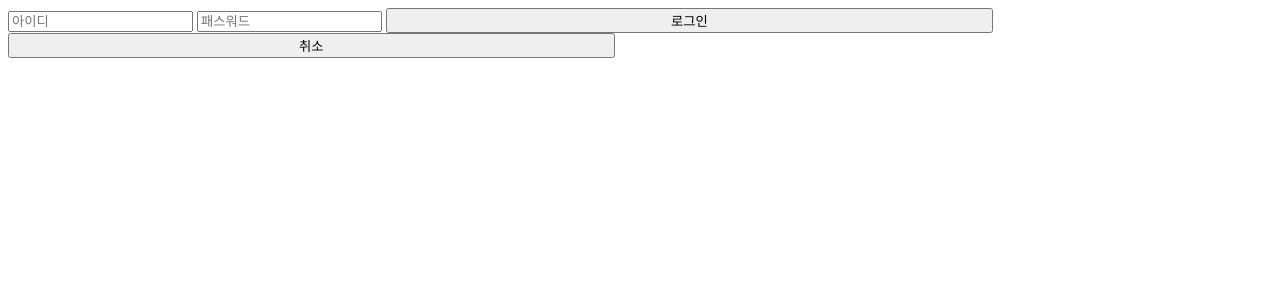
Repository: onpul/TEAM1
Page: http://localhost/Riding/mj/LoginForm.jsp
These files come from the project's save history. The page is drawn as it stood at one moment and after the next save; the edit follows.
The browser window is 1280 px wide. The pictures show the whole page.
The page is served by Tomcat 9.

Above is the page before, as saved 2022-06-04 09:57:54.

After the next save:
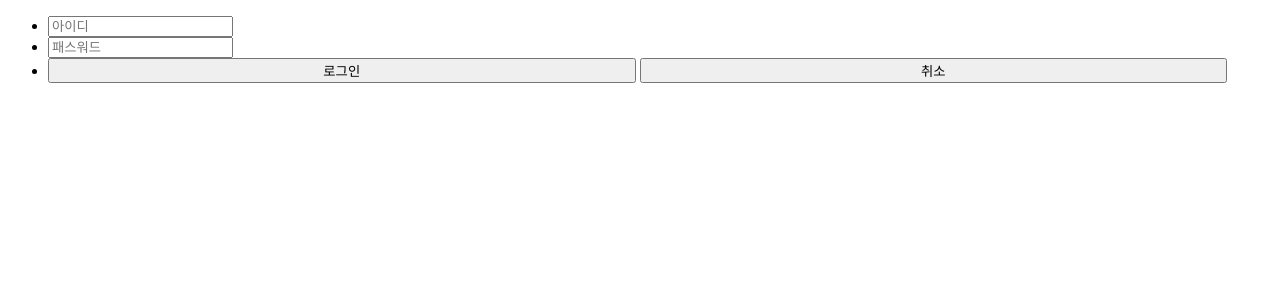
Saved 52 s later.
--- a/Riding/WebContent/mj/LoginForm.jsp
+++ b/Riding/WebContent/mj/LoginForm.jsp
@@ -12,12 +12,23 @@
 <body>
 	<div>
 		<form action="login.action" method="post" id="loginForm">
-						<input type="text" id="id" name="id" placeholder="아이디" required="required"/>
-						<input type="password" id="pw" name="pw" placeholder="패스워드" required="required"/>
-						<input type="button" value="로그인" id="submitBtn" class="btn"
-						style="width: 48%"/>
-						<input type="reset" value="취소" id="resetBtn" class="btn"
-						style="width: 48%"/>
+			<ul>
+				<li>
+					<input type="text" id="id" name="id" placeholder="아이디" required="required"/>
+				</li>
+				<li>
+					<input type="password" id="pw" name="pw" placeholder="패스워드" required="required"/>
+				</li>
+				<li>
+					<input type="button" value="로그인" id="submitBtn" class="btn"
+					style="width: 48%"/>
+					<input type="reset" value="취소" id="resetBtn" class="btn"
+					style="width: 48%"/>
+				</li>
+			</ul>
+
+
+
 		</form>
 	</div>
 </body>
